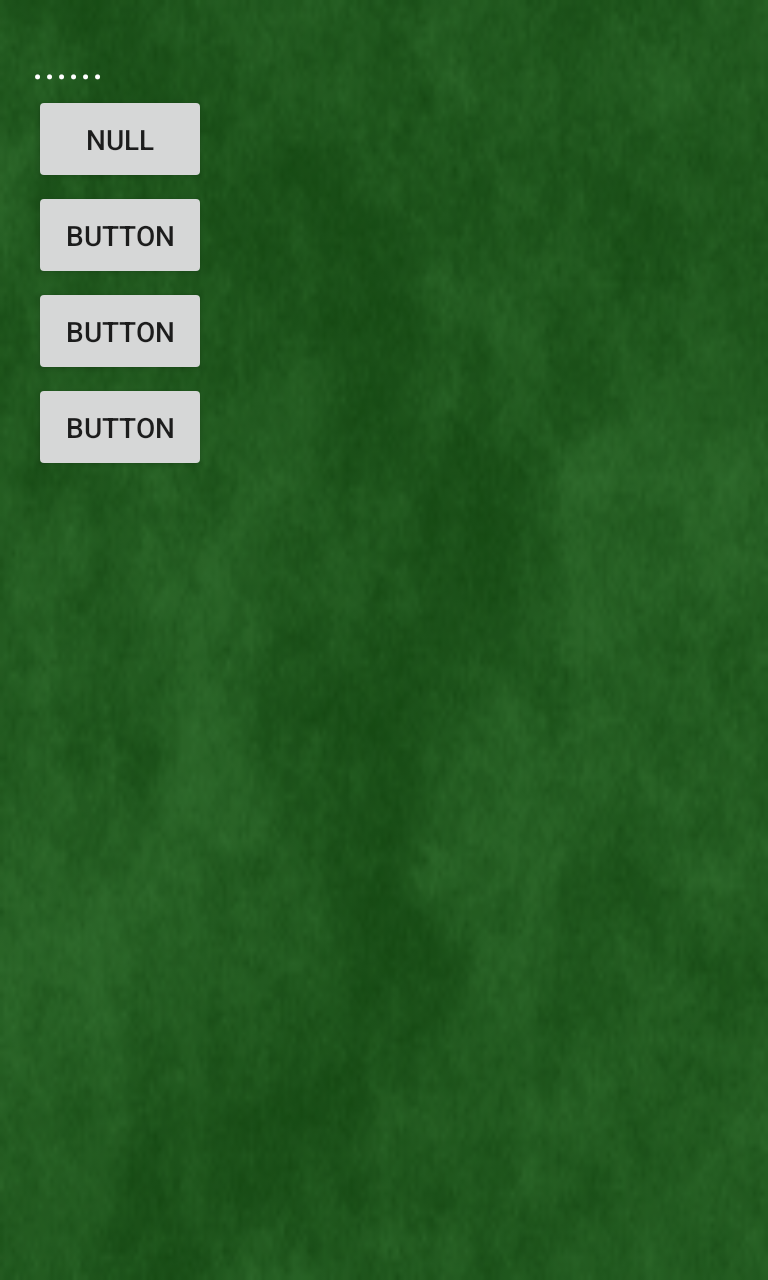
Repository: razinanu/InSy-Skat
Layout: InSy-Skat/res/layout/fragment_null_s.xml
The author's editor kept a copy of each file at every save. The layout is drawn from the files as they stood at one save, then again after the next save.
It is drawn on a 768 x 1280 px phone screen (xhdpi) without system bars, with theme AppThemeWithoutActionBarTitle; the app's code is not run.

Above is the layout before, as saved 2014-06-21 18:43:57.

After the next save:
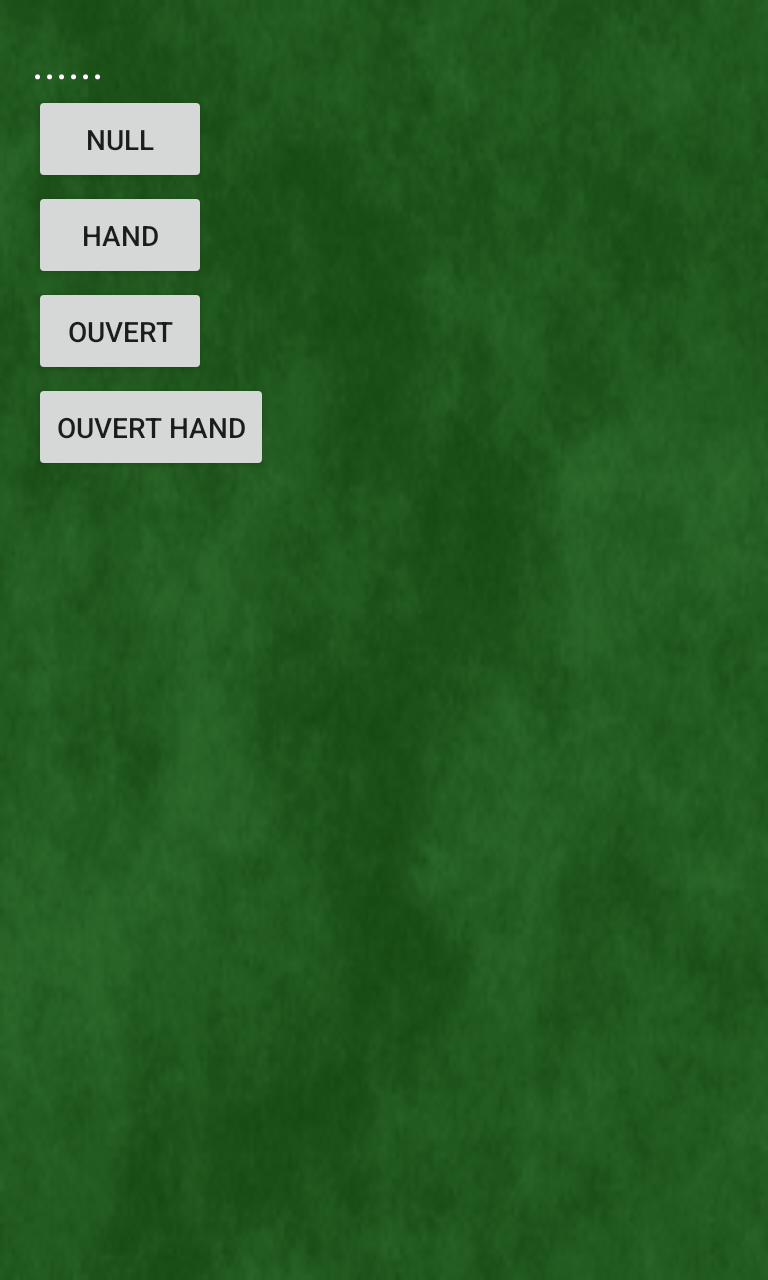
Saved 44 s later.
--- a/InSy-Skat/res/layout/fragment_null_s.xml
+++ b/InSy-Skat/res/layout/fragment_null_s.xml
@@ -33,19 +33,19 @@
                  android:id="@+id/nullH"
                  android:layout_width="wrap_content"
                  android:layout_height="wrap_content"
-                 android:text="Button" />
+                 android:text="@string/nullH"  />
 
              <Button
                  android:id="@+id/nullou"
                  android:layout_width="wrap_content"
                  android:layout_height="wrap_content"
-                 android:text="Button" />
+                 android:text="@string/nullou"  />
 
              <Button
                  android:id="@+id/nullouH"
                  android:layout_width="wrap_content"
                  android:layout_height="wrap_content"
-                 android:text="Button" />
+                 android:text="@string/nullouH"  />
 
         </LinearLayout>
 
